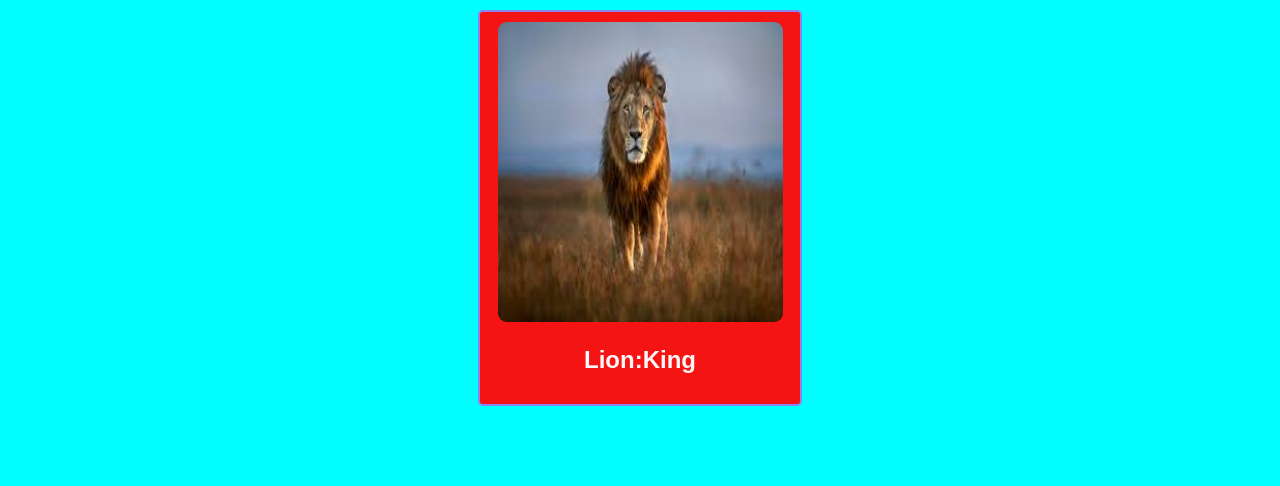
Repository: KingBoyMaylow/Animal-trading-card
Page: index.html
These files come from the project's save history. The page is drawn as it stood at one moment and after a run of saves; the edit follows.
The browser window is 1280 px wide. The pictures show the whole page.

Above is the page before, as saved 2024-05-13 22:08:28.

### index.html
<!DOCTYPE html>
<html lang="en">
<head>
    <meta charset="UTF-8">
    <meta name="viewport" content="width=device-width, initial-scale=1.0">
    <title>Document</title>
</head>
<body>
    <style>
    body {
        font-family: Arial, sans-serif;
        text-align: center;
        background-color: aqua;
    }
    .card {
        width: 300px;
        border: 2px solid #8a83f1;
        border-radius: 5px;
        margin: 10px auto;
        padding: 10px;
        background-color: #f51414;
    }
    .card img {
        width: 95%;
        border-radius: 3%;
        height: 300px;
    }
    .card h2 {
        color: #fcf7f7;
    }
    .card p {
        color: #666;
    }
</style>
</head>
<body>
    <div class="card">
        <img src="lion.jpeg" alt="Lion">
        <h2>Lion:King</h2>
        <h3> </h3>
    </div>
</body>
</html>

After the next 4 saves:
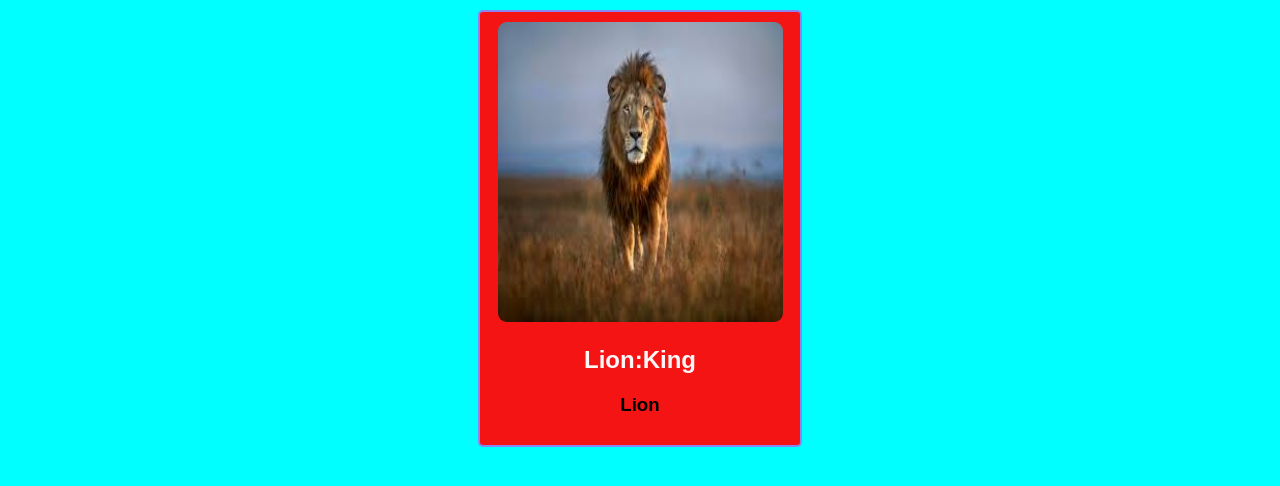
The 4 saves are shown as one change because they came seconds apart.
The last was saved 14 s later.
--- a/index.html
+++ b/index.html
@@ -37,7 +37,7 @@
     <div class="card">
         <img src="lion.jpeg" alt="Lion">
         <h2>Lion:King</h2>
-        <h3> </h3>
+        <h3> Lion</h3>
     </div>
 </body>
 </html>

After the save that followed:
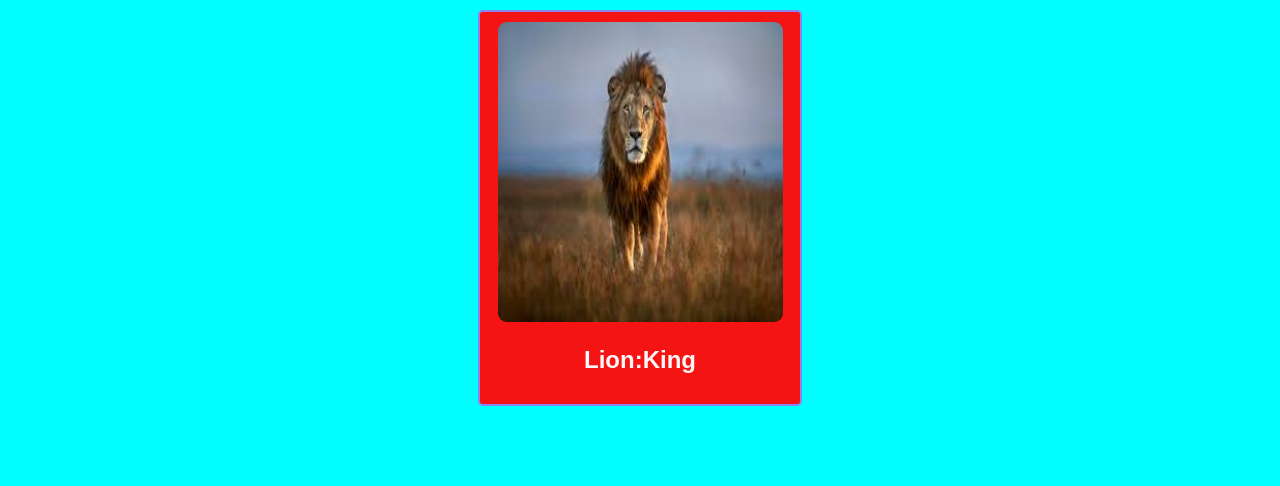
Saved 6 s later.
--- a/index.html
+++ b/index.html
@@ -37,7 +37,7 @@
     <div class="card">
         <img src="lion.jpeg" alt="Lion">
         <h2>Lion:King</h2>
-        <h3> Lion</h3>
+        <h3Lion</h3>
     </div>
 </body>
 </html>
